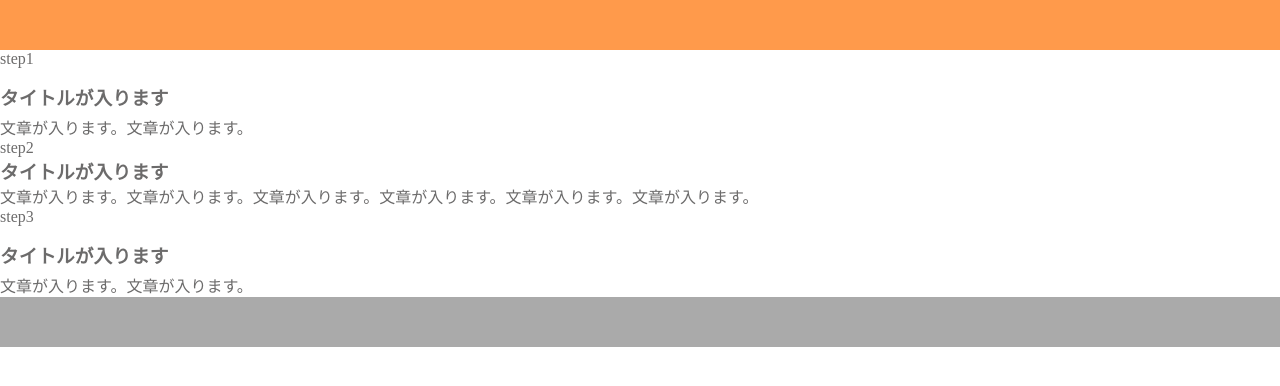
Repository: Yuki-Kawagoe/chapter4
Page: chapter9/index.html
The author's editor kept a record of every edit. The page is drawn from the files as they stood at one moment, then again after the next edit.
The browser window is 1280 px wide. The pictures show the whole page.

Above is the page before.

### chapter9/index.html
<!DOCTYPE html>
 <html lang="ja">
 <head>
  <meta charset="UTF-8">
  <link rel="stylesheet" href="style.css" />
  <title>Chapter9</title>
 </head>

 <body>
   <header></header>


   <main>
    <div class="step-box1">
      <div class="step-img">
       <span class="step-num">step1</span>
        <h3 class="main-title">タイトルが入ります</h3>
          <p class="main-text">文章が入ります。文章が入ります。</p>
      </div>
    </div>

    <div class="step-box2">
      <div class="step-img">
       <span class="step-num">step2</span>
        <h3 class="box-title">タイトルが入ります</h3>
          <p class="box-text">文章が入ります。文章が入ります。文章が入ります。文章が入ります。文章が入ります。文章が入ります。</p>
      </div>
    </div>

    <div class="step-box3">
      <div class="step-img">
       <span class="step-num">step3</span>
        <h3 class="main-title">タイトルが入ります</h3>
          <p class="main-text">文章が入ります。文章が入ります。</p>
      </div>
    </div>




   </main>


   <footer></footer>

 </body>

### chapter9/style.css
* {
  margin: 0px;
  padding: 0px;
  box-sizing: border-box;
  color: #6c6b6b;
}

header {
  height: 50px;
  background-color: #FF9A4B
}

.main {
  width: 960px;
  margin: 50px auto;
  display: flex;

}

.step-box {
  width: 300px;
  padding: 10px;
  margin-right: 30px;
  background-color: #EEEEEE;
  position: relative;
}

.step-img1 {
  height: 150px;
  background-image: url(img/flow01.png);
  background-position: bottom;
  background-size: cover;
}

.step-img2 {
  height: 150px;
  background-image: url(img/flow02.png);
  background-position: bottom;
  background-size: cover;
}


.step-img3 {
  height: 150px;
  background-image: url(img/flow03.png);
  background-position:bottom;
  background-size:cover;
}

.stem-num {
  position: absolute;
  top:0;
  left:0;
  background-color: #ff9a4b;
  color: #fff;
}

.main-title {
  margin-top: 15px;
  margin-bottom: 5px;
}

.sub {
  background-color: #FF9A4B;
  color: white;
  height: 20px;
  width: 30px;
}

footer {
  width: 100%;
  height: 50px;
  background-color: #AAAAAA
}

After the next edit:
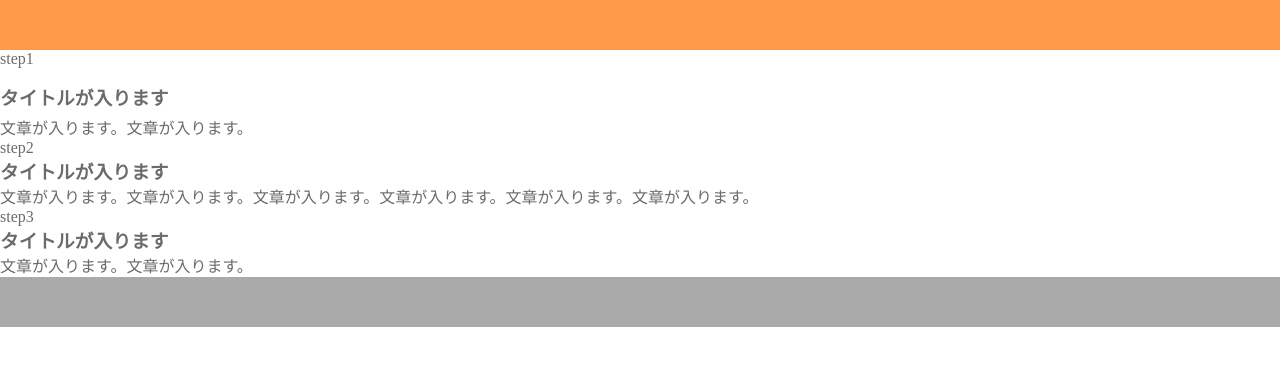
The edit:
--- a/chapter9/index.html
+++ b/chapter9/index.html
@@ -30,8 +30,8 @@
     <div class="step-box3">
       <div class="step-img">
        <span class="step-num">step3</span>
-        <h3 class="main-title">タイトルが入ります</h3>
-          <p class="main-text">文章が入ります。文章が入ります。</p>
+        <h3 class="box-title">タイトルが入ります</h3>
+          <p class="box-text">文章が入ります。文章が入ります。</p>
       </div>
     </div>
 
